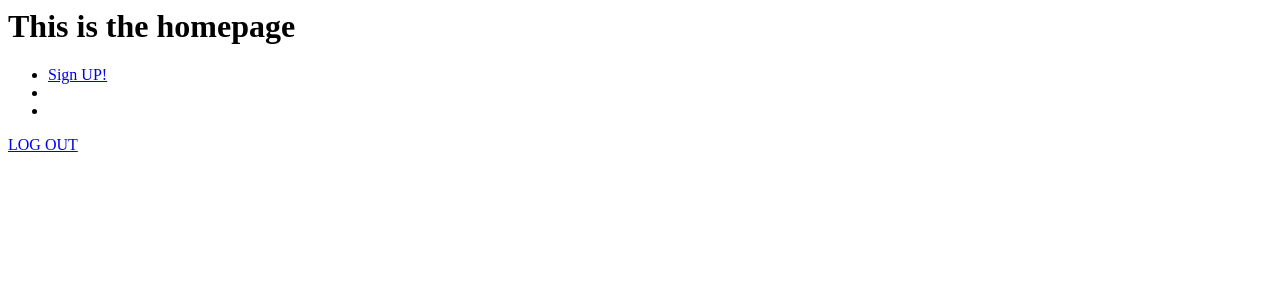
Repository: bosicheng/yelpcamp-project
Page: http://localhost/
The author's editor kept a record of every edit. The page is drawn from the files as they stood at one moment, then again after the next edit.
The browser window is 1280 px wide. The pictures show the whole page.
The page is served by the project's Node server (Authentication/AuthDemo/app.js). Other server files are loaded and not shown.

Above is the page before.

### Authentication/AuthDemo/views/home.ejs
<h1>This is the homepage</h1>

<ul>
    <li><a href='/register'>Sign UP!</a></li>
    <li></li>
    <li></li>
</ul>


<a href='/logout'>LOG OUT</a>

### Authentication/AuthDemo/app.js
var express=require("express");
var app=express();
var mongoose=require('mongoose');
var passport=require("passport");
var bodyParser=require('body-parser');
var localStrategy=require('passport-local');
var passportLocalMongoose=require("passport-local-mongoose");
var User=require("./models/user");
var expressSession=require("express-session");

mongoose.connect("mongodb://localhost/auth_demo_app",{ useNewUrlParser: true });

app.use(expressSession({
    // 这里的secret是用来编码和解码进程的
    // 因为在进程中我们不会把数据存储为普通的英语
    secret:"aaa",
    resave:false,
    saveUninitialized:false
}))

app.use(passport.initialize());
app.use(passport.session());

// 这两行代码是负责从进程中读取数据并进行编码和解码
passport.serializeUser(User.serializeUser());
passport.deserializeUser(User.deserializeUser());
passport.use(new localStrategy(User.authenticate()));

app.set('view engine','ejs')

// 只要用form表单传数据都需要用到这行代码
app.use(bodyParser.urlencoded({extended:true}));

//ROUTES

app.get('/',function(req,res){
    res.render('home')
})

// 使用middleware操作阻止直接进入secret页，需要判断是否loggedin
app.get('/secret',isLoggedIn,function(req,res){
    res.render('secret')
})

//Authentication ROUTES
//show sign up form
app.get('/register',function(req,res){
    res.render('register')
})

app.post('/register',function(req,res){
    // 这里的逻辑是：form表单提交了req.body.username
    // 然后    .register方法新建user对象把username和传过来的username hash成对，再单独传password
    // 建立账户密码以后可以去数据库中查看，可以发现密码被编码成很长的一串
    User.register(new User({username:req.body.username}),req.body.password,function(err,user){
        if(err){
            console.log(err)
            return res.render('register')
        }
        passport.authenticate("local")(req, res, function(){
           res.redirect("/secret");
        });
    })
})

//LOGIN ROUTE
app.get('/login',function(req,res){
    res.render('login')
})

//login logic
// 但是这里不能直接post，是需要检测账号密码是否正确
//middleware: run before the final route callback,在route的开始和结束中间
app.post('/login',passport.authenticate('local',{
    successRedirect:'/secret',
    failureRedirect:'/login'
}),function(req,res){

})


app.get('/logout',function(req,res){
    // 下面指令的意义是passport会清除user所有在进程中的数据
    req.logout();
    res.redirect('/login')
})

// 这里的next指的就是最后一个route，也就是final callback
function isLoggedIn(req,res,next){
    if(req.isAuthenticated()){
        // 继续下一步
        return next();
    }
    res.redirect('/login')
}



app.listen(process.env.PORT,process.env.IP,function(){
    console.log('Server Started!')
})

After the next edit:
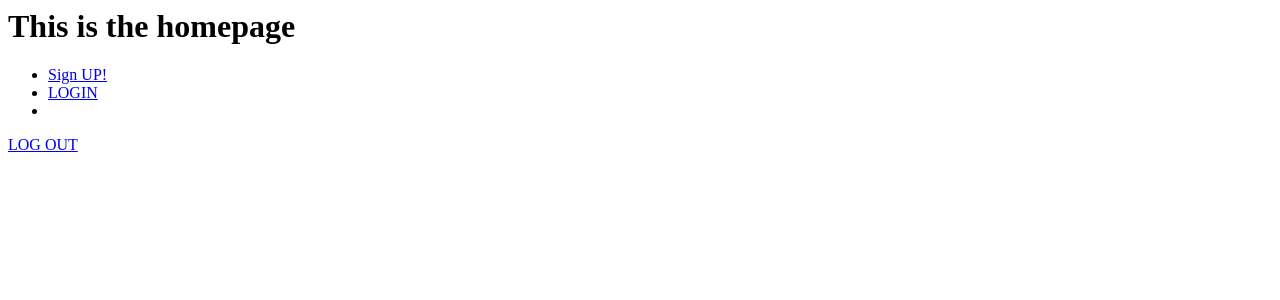
The edit:
--- a/Authentication/AuthDemo/views/home.ejs
+++ b/Authentication/AuthDemo/views/home.ejs
@@ -2,7 +2,7 @@
 
 <ul>
     <li><a href='/register'>Sign UP!</a></li>
-    <li></li>
+    <li><a href='/login'>LOGIN</a></li>
     <li></li>
 </ul>
 
